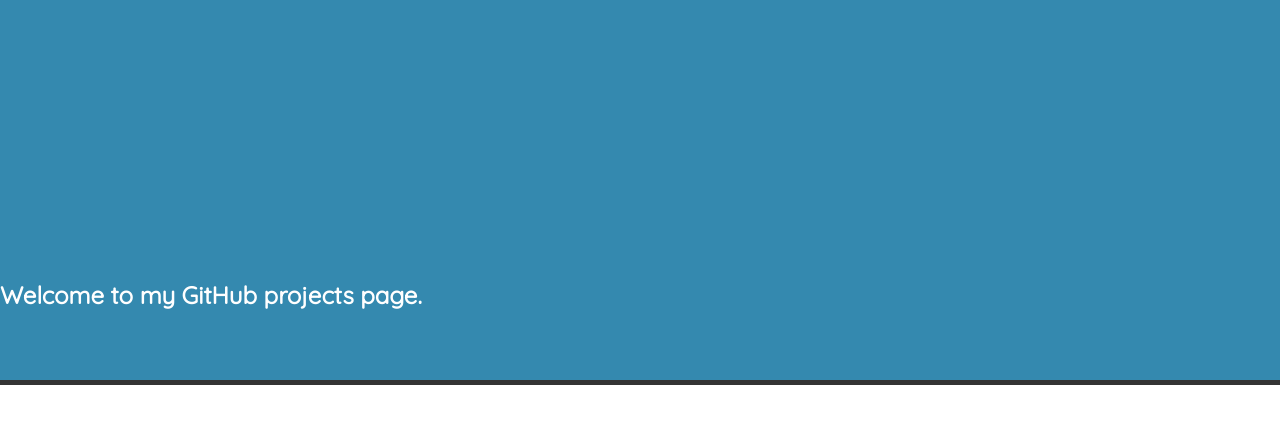
Repository: Booyanach/booyanach.github.io
Page: index.html
The author's editor kept a record of every edit. The page is drawn from the files as they stood at one moment, then again after the next edit.
The browser window is 1280 px wide. The pictures show the whole page.
The page's requests for data from a server got no answer. Some web libraries are served in a nearby version.

Above is the page before.
Console error: TypeError: Cannot convert undefined or null to object

### index.html
<HTML>
    <HEAD>
        <link href='//fonts.googleapis.com/css?family=Quicksand:300,400' rel='stylesheet' type='text/css'>
        <link rel="stylesheet" href="css/booya.css" type="text/css" />
        <script src="//ajax.googleapis.com/ajax/libs/jquery/2.1.1/jquery.min.js"></script>
        <script type="text/javascript" src="js/booya.js"></script>
    </HEAD>
    <BODY>
        <content>
            <div class="header">
            <div class="loadMe avatar_url image"></div>
            <div class="loadMe name text"></div>
            <h2>Welcome to my GitHub projects page.</h2>
            <div class="projects">
                <table>
                </table>
            </div>
        </content>
    </BODY>
</HTML>

### css/booya.css
* {
    margin: 0;
    padding: 0;
}

body {
    font-family: 'Quicksand', sans-serif;
    font-weight: 100;
    color: #FFFFFF;
}

.content {
    position: relative;
    width: 100%;
    height: 100%;
    text-align: center;
    background-color: #FFFFFF;
}

.header {
    width: 100%;
    position: relative;
    padding-bottom: 10px;
    padding-top: 50px;
    background-color: #3489AF;
    border-bottom: 5px solid #343434;
}

.avatar_url {
    width: 200px;
    height: 200px;
    margin: auto;
    margin-right: auto;
    margin-bottom: 10px;
    border-radius: 200px;
    background-size: 200px 200px;
}

.login {
    font-size: 25px;
    font-weight: 600;
}

.name {
    font-size: 18px;
    font-weight: 300;
    margin-bottom: 30px;
}

.projects {
    padding: 30px;
    width: 100%;
    box-sizing: border-box;
}

.project {
    position: relative;
    float: left;
    width: 200px;
    height: 200px;
    padding: 10px;
    border: 1px solid #343434;
    border-bottom: 5px solid #141414;
    border-radius: 5px;
    margin: 5px;
    color: #FFFFFF;
    background-color: #545454;
    cursor: pointer;
    transition: all 0.3s;
}

.project:hover {
    border: 1px solid #3489AF;
    border-bottom: 5px solid #3489AF;
    background-color: #3489AF;
}

.project .name {
    position: absolute;
    word-break: break-all;
    left: 0;
    right: 0;
    bottom: 0;
    text-align: center;
    background-color: #;
}

### js/booya.js
$(document).ready(function() {
    var module = function() {
        var self = this;

        self.loadPage();
        self.drawMe();
        self.drawProjects();
    };

    module.prototype.loadPage = function() {
        var self = this;

        if(!localStorage.repos) {
            $.get('https://api.github.com/users/booyanach/repos', function(response) {
                localStorage.setItem('repos', JSON.stringify(response));
                self.handleStorage('repos', response);
            });
        } else {
            self.handleStorage('repos', localStorage.repos);
        }

        if (!localStorage.me) {
         $.get('https://api.github.com/users/booyanach', function(response) {
             localStorage.setItem('me', JSON.stringify(response));
             self.handleStorage('me', response);
         });
        } else {
            self.handleStorage('me', localStorage.me);
        }
    };

    module.prototype.handleStorage = function(key, value) {
        this[key] = JSON.parse(value);
    };

    module.prototype.drawMe = function() {
        var self = this,
            classes = Object.keys(self.me);
        $.each(classes, function(idx, item) {
            var value = self.me[item];

            $('.loadMe').each(function(i, elm) {
                var element = $(this);

                if (element.hasClass(item)) {
                    if (element.hasClass('text')) {
                        element.html(value);
                    } else if(element.hasClass('image')) {
                        element.css({
                            'background-image': 'url("' + value + '")'
                        })
                    }
                }
            })
        });
    };

    module.prototype.drawProjects = function() {
        var self = this;
        $.each(self.repos, function(index, project) {
            console.log(project);
            var container = $('<div/>').on('click', function() {
                var win = window.open(project.url, '_blank');
                win.focus();
            }),
                name = $('<span/>').html(project.name).appendTo(container),
                language = $('<span/>').html(project.language);

            container.appendTo($('.projects'));
        });
    }

    var booya = new module();
});

After the next edit:
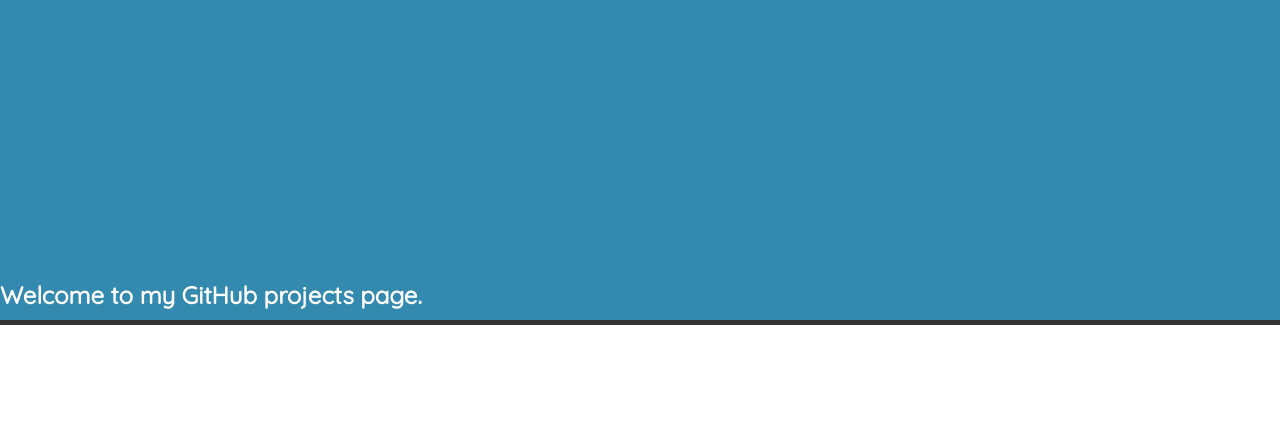
The edit:
--- a/index.html
+++ b/index.html
@@ -11,6 +11,8 @@
             <div class="loadMe avatar_url image"></div>
             <div class="loadMe name text"></div>
             <h2>Welcome to my GitHub projects page.</h2>
+            </div>
+            <div class="body">
             <div class="projects">
                 <table>
                 </table>
